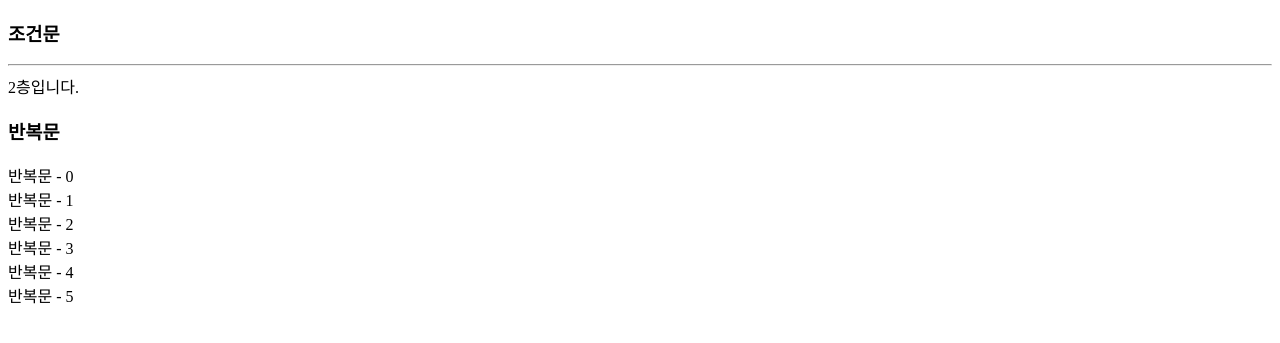
Repository: NewParkk/MultiStudy
Page: http://localhost/step06_jsp/step04_jstl.jsp
An editor plug-in stored every save of this project. The page is shown before and after the next save, followed by the edit.
The browser window is 1280 px wide. The pictures show the whole page.
The page is served by Tomcat 9. Other server files are loaded and not shown.

Above is the page before, as saved 2023-12-28 07:17:31.

### 04.web/step06_jsp/WebContent/step04_jstl.jsp
<%@ page language="java" contentType="text/html; charset=UTF-8"
    pageEncoding="UTF-8"%>
<%@ page import="user.dto.User" %>
<%@ taglib prefix="c" uri="http://java.sun.com/jsp/jstl/core" %>
<!DOCTYPE html>
<html>
<head>
<meta charset="UTF-8">
<title>step04_jstl</title>
</head>
<body>
	<h3>조건문</h3>
	<c:if test="${ 10 > 11 }">
		참이면 실행
	</c:if>

	<%-- 조건문
	<% request.setAttribute("user", null); %>
	<c:if test="${not empty requestScope.user}">
		${requestScope.user.getName()}
	</c:if>
	--%>

	<hr/>

	<% session.setAttribute("floor", 2); %>
	<c:choose>
		<c:when test="${sessionScope.floor == 1}">
			1층입니다.
		</c:when>
		<c:when test="${sessionScope.floor == 2}">
			2층입니다.
		</c:when>
		<c:otherwise>
			몰?루
		</c:otherwise>
	</c:choose>

	<h3>반복문</h3>
	<!-- 1 ~ 5 -->
	<c:forEach begin="0" end="5" var="i">
		반복문 - ${i}<br/>
	</c:forEach>




</body>
</html>

After the next save:
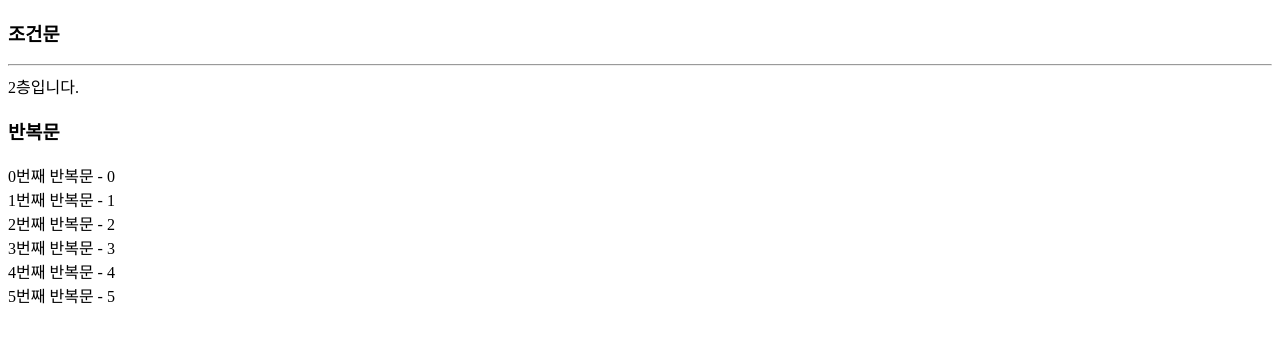
Saved 2 min 18 s later.
--- a/04.web/step06_jsp/WebContent/step04_jstl.jsp
+++ b/04.web/step06_jsp/WebContent/step04_jstl.jsp
@@ -38,8 +38,8 @@
 
 	<h3>반복문</h3>
 	<!-- 1 ~ 5 -->
-	<c:forEach begin="0" end="5" var="i">
-		반복문 - ${i}<br/>
+	<c:forEach begin="0" end="5" var="i" varStatus="loop">
+		${loop.index}번째 반복문 - ${i}<br/>
 	</c:forEach>
 
 
